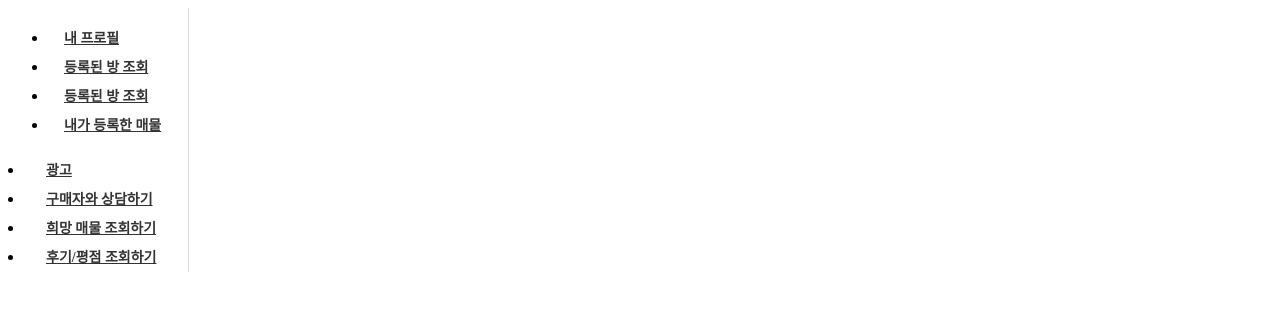
Repository: iamleechanmi/budongsanTeamProject
Page: http://localhost/SsangYongBang/WEB-INF/views/inc/broker_left.jsp
These files come from the project's save history. The page is drawn as it stood at one moment and after the next save; the edit follows.
The browser window is 1280 px wide. The pictures show the whole page.
The page is served by Tomcat 9. Nobody is signed in. The template is opened directly, without the code that normally fills it, so the values that code supplies are empty.

Above is the page before, as saved 2021-02-28 01:27:01.
Console error: ReferenceError: $ is not defined

After the next save:
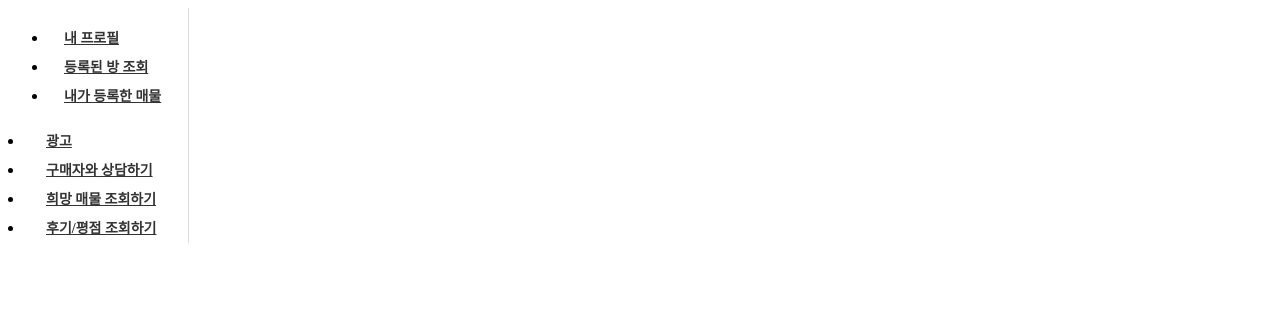
Saved 7 s later.
--- a/[06]소스코드/SsangYongBangProject/SsangYongBang/WebContent/WEB-INF/views/inc/broker_left.jsp
+++ b/[06]소스코드/SsangYongBangProject/SsangYongBang/WebContent/WEB-INF/views/inc/broker_left.jsp
@@ -39,9 +39,7 @@
 	<ul>
 		<li><a href="/sybang/broker/brokerMain.do">내 프로필</a></li>
 		<li><a href="/sybang/broker/room/list.do">등록된 방 조회</a></li>
-
-				<li><a href="/sybang/broker/room/list.do">등록된 방 조회</a></li>
-				<li><a href="/sybang/broker/house/myreghouse.do">내가 등록한 매물</a></li>
+		<li><a href="/sybang/broker/house/myreghouse.do">내가 등록한 매물</a></li>
 			</ul></li>
 		<li><a href="javascript:;">광고</a>
 			<ul>
